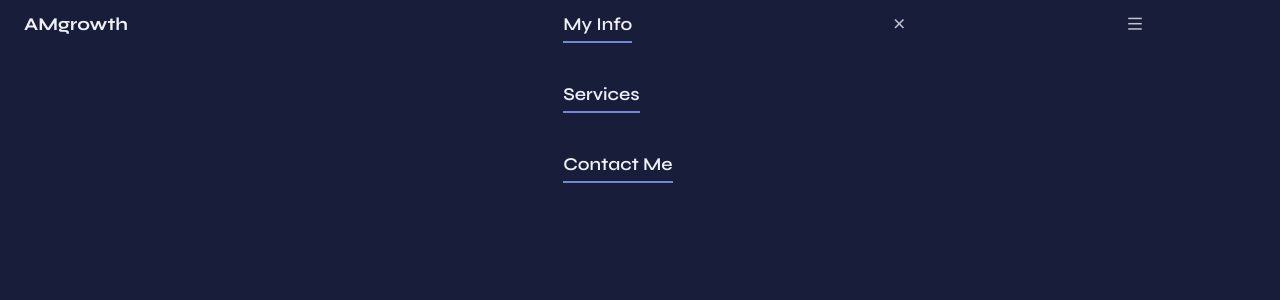
Repository: Ademaulana100499/portofolio
Page: index.html
The author's editor kept a copy of each file at every save. The page is drawn from the files as they stood at one save, then again after the next save.
The browser window is 1280 px wide. The pictures show the whole page.
Some web fonts or font styles are not loaded; a fallback is used.

Above is the page before, as saved 2024-11-28 15:22:09.

### index.html
<!DOCTYPE html>
<html lang="en">
  <head>
    <meta charset="UTF-8" />
    <meta name="viewport" content="width=device-width, initial-scale=1.0" />
    <title>AMgrowth</title>
    <link rel="shortcut icon" href="assets/img/Favicon.png" />
    <link
      href="https://cdn.jsdelivr.net/npm/remixicon/fonts/remixicon.css"
      rel="stylesheet"
    />
    <link rel="stylesheet" href="assets/css/style.css" />
  </head>
  <body>
    <!-- HEADER -->
    <header class="header" id="header">
      <nav class="nav container">
        <a href="#" class="nav__logo">AMgrowth</a>
        <div class="nav__menu" id="nav-menu"></div>
        <ul class="nav__list">
          <li>
            <a href="#home" class="nav__link">Home</a>
          </li>
          <li>
            <a href="#project" class="nav__link">Project</a>
          </li>
          <li>
            <a href="#info" class="nav__link">My Info</a>
          </li>
          <li>
            <a href="#services" class="nav__link">Services</a>
          </li>
          <li>
            <a href="#contact" class="nav__link">Contact Me</a>
          </li>
        </ul>
        <!-- Close Button -->
        <div class="nav__close" id="nav-close">
          <i class="ri-close-line"></i>
        </div>
        <!-- Toggle Button -->
        <div class="nav__toggle" id="nav-toggle">
          <i class="ri-menu-line"></i>
        </div>
      </nav>
    </header>

    <!-- MAIN -->
    <main class="main" id="main"></main>

    <!-- FOOTER -->
    <footer class="footer" id="footer"></footer>
    <!-- SCROLL UP -->
    <!-- SCROLLREVEAL -->
    <script src=""></script>
    <!-- EMAIL JS -->
    <script src=""></script>
    <!-- MAIN JS -->
    <script src="assets/js/main.js"></script>
  </body>
</html>

### assets/css/style.css
@import url("https://fonts.googleapis.com/css2?family=Kite+One&family=Oooh+Baby&family=Orelega+One&family=Poppins:ital,wght@0,100;0,200;0,300;0,400;0,500;0,600;0,700;0,800;0,900;1,100;1,200;1,300;1,400;1,500;1,600;1,700;1,800;1,900&family=Syne:wght@400..800&display=swap");

/* VARIABLE CSS */
:root {
  --header-height: 3rem;

  /* Colors */
  --hue: 230;
  --first-color: hsl(var(--hue), 55%, 55%);
  --first-color-light: hsl(var(--hue), 55%, 65%);
  --first-color-alt: hsl(var(--hue), 50%, 50%);
  --title-color: hsl(var(--hue), 30%, 95%);
  --text-color: hsl(var(--hue), 20%, 80%);
  --text-color-light: hsl(var(--hue), 20%, 70%);
  --body-color: hsl(var(--hue), 40%, 16%);
  --container-color: hsl(var(--hue), 40%, 20%);

  /* Font and typography */
  --body-font: "Syne", sans-serif;
  --biggest-font-size: 3rem;
  --h1-font-size: 1.5rem;
  --h2-font-size: 1.25rem;
  --h3-font-size: 1rem;
  --normal-font-size: 0.938rem;
  --small-font-size: 0.813rem;
  --smaller-font-size: 0.75rem;

  /* Font weight */
  --font-regular: 400;
  --font-semi-bold: 600;
  --font-bold: 700;

  /* z index */
  --z-tooltip: 10;
  --z-fixed: 100;
}
/* Responsive typography */
@media screen and (min-width: 1150px) {
  :root {
    --biggest-font-size: 5.5rem;
    --big-font-size: 2.75rem;
    --h1-font-size: 2.25rem;
    --h2-font-size: 1.5rem;
    --h3-font-size: 1.25rem;
    --normal-font-size: 1.125rem;
    --small-font-size: 0.875rem;
  }
}

/* BASE */
* {
  margin: 0;
  padding: 0;
  box-sizing: border-box;
}

html {
  scroll-behavior: smooth;
}

body,
input,
textarea,
button {
  font-family: var(--body-font);
  font-size: var(--normal-font-size);
}

body {
  background-color: var(--body-color);
  color: var(--text-color);
}
input,
button,
textarea {
  outline: none;
  border: none;
}

h1,
h2,
h3 {
  color: var(--title-color);
  font-weight: var(--font-semi-bold);
}
p {
  line-height: 130%;
}

ul {
  list-style: none;
}

a {
  text-decoration: none;
}

img {
  display: block;
  max-width: 100%;
  height: auto;
}

/* REUSABLE CSS CLASSES */
.container {
  max-width: 1120px;
  margin-inline: 1.5rem;
}

.grid {
  display: grid;
  gap: 1.5rem;
}

.section {
  padding-block: 5rem 2rem;
}

.section__title {
  font-size: var(--h1-font-size);
  text-align: center;
  margin-bottom: 2rem;
  font-weight: var(--font-bold);
}
main {
  overflow: hidden;
}

/* HEADER & NAV */
.header {
  position: fixed;
  width: 100%;
  top: 0;
  left: 0;
  background-color: transparent;
  z-index: var(--z-fixed);
}
.nav {
  position: relative;
  height: var(--header-height);
  display: flex;
  justify-content: space-between;
  align-items: center;
}

.nav__logo {
  color: var(--title-color);
  font-weight: var(--font-bold);
}
.nav-toggle,
.nav-close {
  font-size: 1.5rem;
  cursor: pointer;
  color: var(--title-color);
}
/* Navigation for mobile */
@media screen and (max-width: 1150px) {
  .nav__menu {
    position: fixed;
    top: 0;
    right: 0;
    background-color: hsla(var(--hue), 70%, 4%, 0.2);
    backdrop-filter: blur(16px);
    -webkit-backdrop-filter: blur(16px);
    width: 80%;
    height: 100%;
    padding: 7rem 3rem;
    transition: right 0.4s;
  }
}
.nav__list {
  display: flex;
  flex-direction: column;
  row-gap: 3rem;
}
.nav__link {
  position: relative;
  color: var(--title-color);
  font-weight: var(--font-semi-bold);
  transition: color 0.4s;
}
.nav__link::after {
  content: "";
  width: 100%;
  height: 2px;
  background-color: var(--first-color-light);
  position: absolute;
  left: 0;
  bottom: -0.5rem;
  transition: width 0.3s;
}
.nav__link:hover {
  color: var(--first-color-light);
}
.nav__link:hover::after {
  width: 30%;
}

/* Show Menu */
/* Add blur to header */
/* Active link */

/* HOME */

Loaded but not shown: assets/js/main.js (no copy from this time; the picture is the same without it)

After the next save:
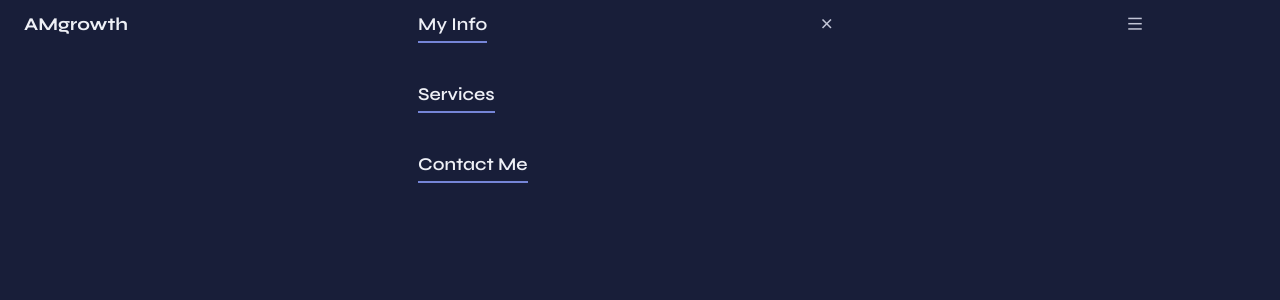
Saved 20 s later.
--- a/index.html
+++ b/index.html
@@ -16,24 +16,25 @@
     <header class="header" id="header">
       <nav class="nav container">
         <a href="#" class="nav__logo">AMgrowth</a>
-        <div class="nav__menu" id="nav-menu"></div>
-        <ul class="nav__list">
-          <li>
-            <a href="#home" class="nav__link">Home</a>
-          </li>
-          <li>
-            <a href="#project" class="nav__link">Project</a>
-          </li>
-          <li>
-            <a href="#info" class="nav__link">My Info</a>
-          </li>
-          <li>
-            <a href="#services" class="nav__link">Services</a>
-          </li>
-          <li>
-            <a href="#contact" class="nav__link">Contact Me</a>
-          </li>
-        </ul>
+        <div class="nav__menu" id="nav-menu">
+          <ul class="nav__list">
+            <li>
+              <a href="#home" class="nav__link">Home</a>
+            </li>
+            <li>
+              <a href="#project" class="nav__link">Project</a>
+            </li>
+            <li>
+              <a href="#info" class="nav__link">My Info</a>
+            </li>
+            <li>
+              <a href="#services" class="nav__link">Services</a>
+            </li>
+            <li>
+              <a href="#contact" class="nav__link">Contact Me</a>
+            </li>
+          </ul>
+        </div>
         <!-- Close Button -->
         <div class="nav__close" id="nav-close">
           <i class="ri-close-line"></i>
